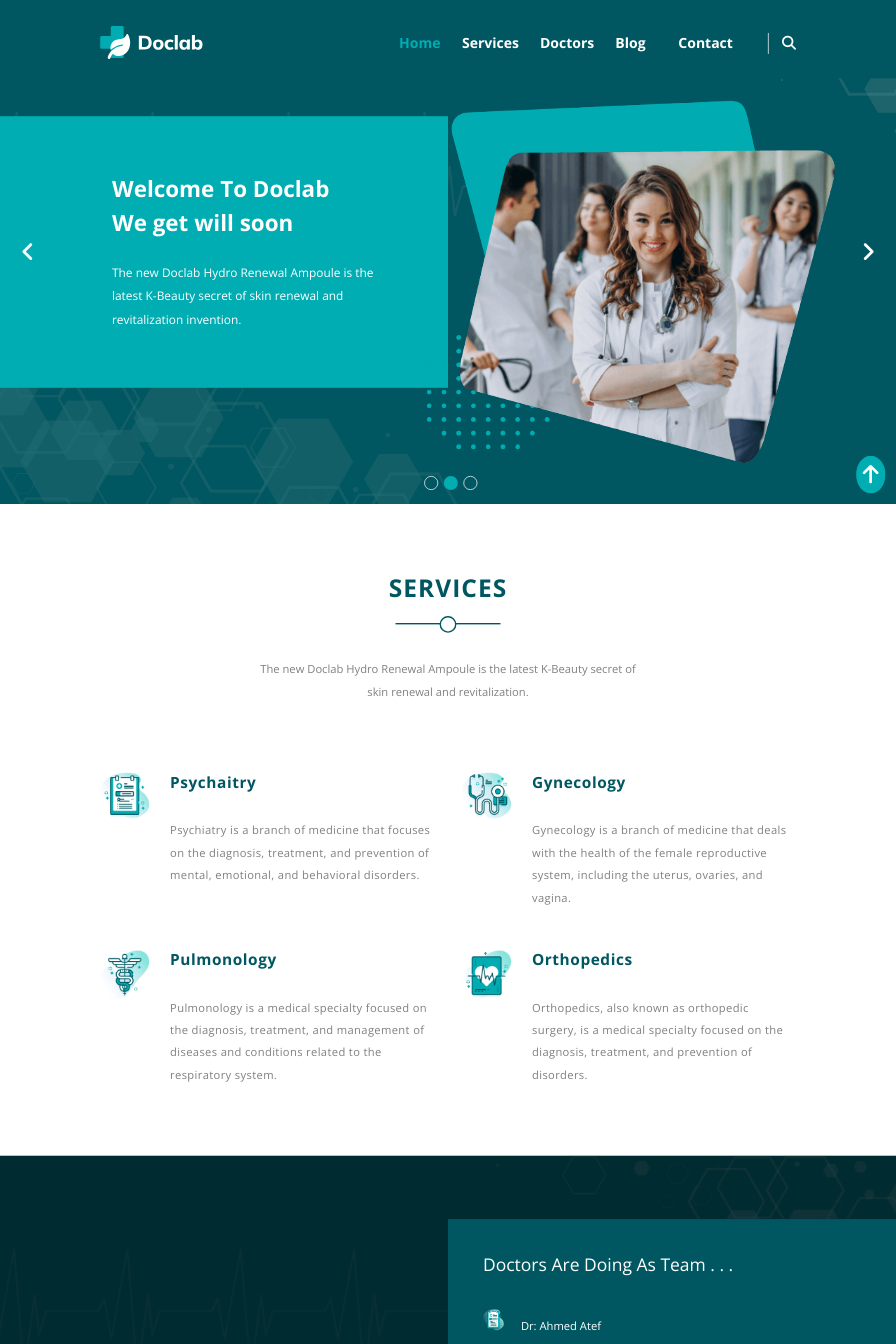
Repository: Ahmed123rezk123/Clinic
Page: index.html
These files come from the project's save history. The page is drawn as it stood at one moment and after a run of saves; the edit follows.
The browser window is 1280 px wide. The pictures show the part of the page from y = 0 to 1920 px (the page is 5835 px tall before and 5247 px after), at 70% of full size.
Some web fonts or font styles are not loaded; a fallback is used.

Above is the page before, as saved 2024-04-26 11:00:56.

After the next 3 saves:
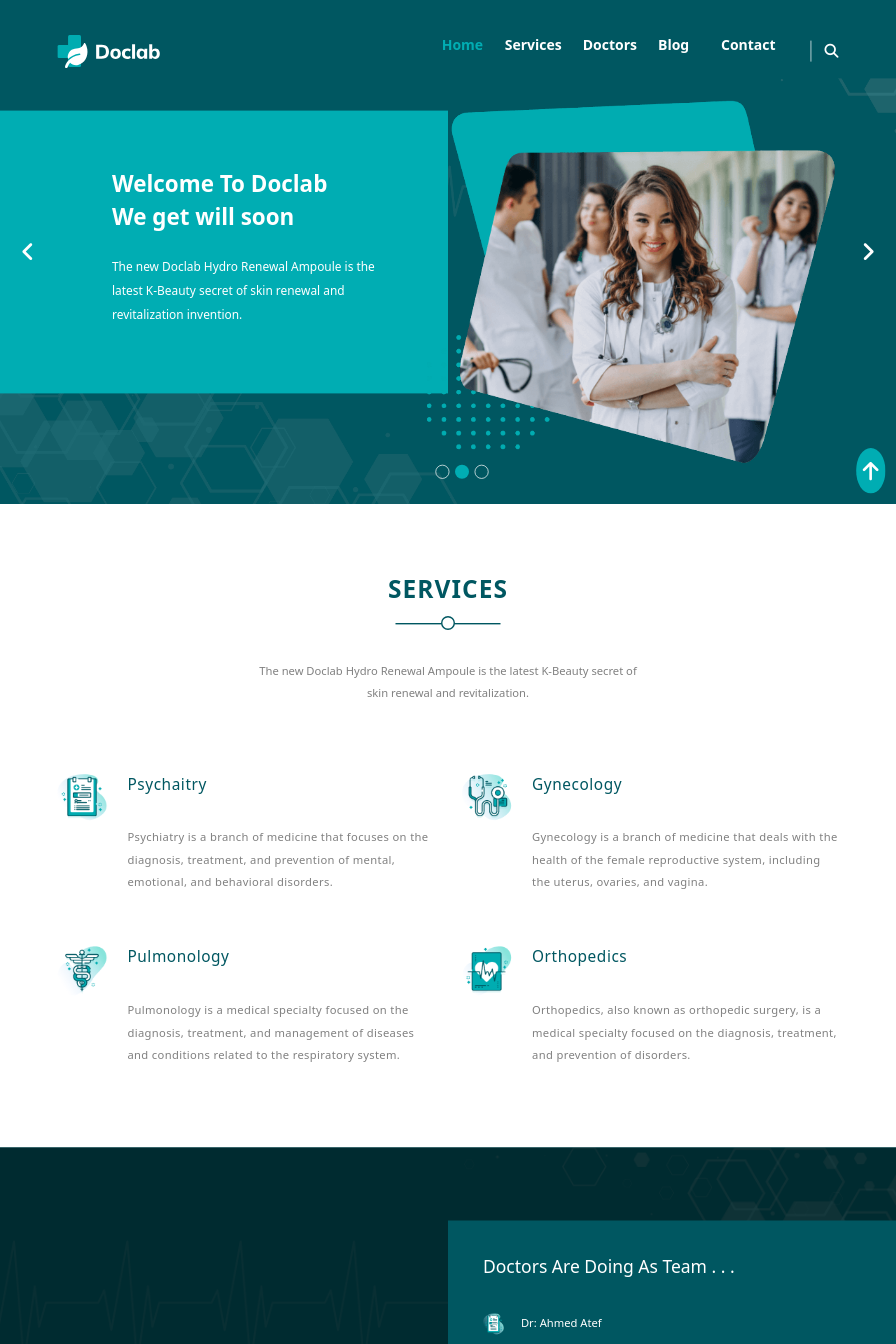
The 3 saves are shown as one change because they came seconds apart.
The last was saved 8 s later.
--- a/index.html
+++ b/index.html
@@ -17,8 +17,7 @@
       href="https://fonts.googleapis.com/css2?family=Edu+TAS+Beginner:wght@500&family=Open+Sans:wght@400;700&display=swap"
       rel="stylesheet"
     />
-    <script src="https://cdn.jsdelivr.net/npm/bootstrap@5.3.3/dist/js/bootstrap.bundle.min.js" integrity="sha384-YvpcrYf0tY3lHB60NNkmXc5s9fDVZLESaAA55NDzOxhy9GkcIdslK1eN7N6jIeHz" crossorigin="anonymous"></script>
-    <!-- <link href="https://cdn.jsdelivr.net/npm/bootstrap@5.3.2/dist/css/bootstrap.min.css" rel="stylesheet"> -->
+    <link href="https://cdn.jsdelivr.net/npm/bootstrap@5.3.2/dist/css/bootstrap.min.css" rel="stylesheet">
   </head>
   <body>
     <!-- Start Header -->
